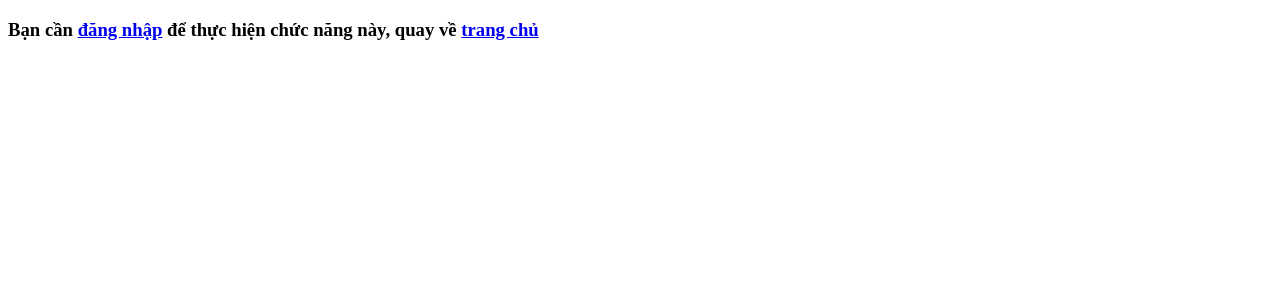
Repository: wuubangdev/bookstore-servlet-jsp
Page: http://localhost/Bai32_WebBanSach_/customer-page/change-info.jsp
An editor plug-in stored every save of this project. The page is shown before and after the next save, followed by the edit.
The browser window is 1280 px wide. The pictures show the whole page.
The page is served by Tomcat 9. Other server files are loaded and not shown.

Above is the page before, as saved 2024-03-24 15:36:31.

### Bai32_WebBanSach_/src/main/webapp/customer-page/change-info.jsp
<%@page import="model.Customer"%>
<%@ page language="java" contentType="text/html; charset=UTF-8"
	pageEncoding="UTF-8"%>
<!DOCTYPE html>
<html>
<head>
<meta charset="UTF-8">
<title>Insert title here</title>
</head>
<body>
	<%
	String url = request.getScheme() + "://" + request.getServerName() + ":" + request.getServerPort()
			+ request.getContextPath();
	String err = request.getAttribute("err") + "";
	err = (err.equals("null")) ? "" : err;
	Customer customer = (Customer) session.getAttribute("customer");
	%>

	<%
	if (customer == null) {
	%>
	<h3>
		Bạn cần <a href="<%=url%>/customer-page/login.jsp">đăng nhập</a> để
		thực hiện chức năng này, quay về <a href="<%=url%>/index.jsp">trang
			chủ</a>
	</h3>
	<%
	} else {
	%>
	<div class="container">
		<div class="text-center mt-4">
			<h2>THAY ĐỔI THÔNG TIN CÁ NHÂN</h2>
			<span class="rq"><%=err%></span>
		</div>
		<form class="regisForm" action="<%=url%>/customer-controller"
			method="post">
			<input type="hidden" name="activity" value="register">
			<div class="row">
				<div class="col-md-6">
					<h3>Thông tin khách hàng</h3>
					<div class="mb-3">
						<label for="fullName" class="form-label">Họ và tên:</label> <input
							type="text" class="form-control" id="fullName" name="fullName"
							value="<%=customer.getCustomerName()%>">
					</div>
					<div class="mb-3">
						<label for="gender" class="form-label">Giới tính:</label> <select
							class="" id="gender" name="gender">
							<option></option>
							<option value="male"
								<%=(customer.getGender().equals("male")) ? "selected" : ""%>>Nam</option>
							<option value="female"
								<%=(customer.getGender().equals("female")) ? "selected" : ""%>>Nữ</option>
							<option value="other"
								<%=(customer.getGender().equals("other")) ? "selected" : ""%>>Khác</option>
						</select>
					</div>
					<div class="mb-3">
						<label for="dob" class="form-label">Ngày sinh:</label> <input
							type="date" class="form-control" id="dob" name="dob"
							value="<%=customer.getDob().toString()%>">
					</div>
				</div>
			</div>
			<hr />
			<h3>Địa chỉ khách hàng</h3>
			<div class="mb-3">
				<label for="address" class="form-label">Địa chỉ khách hàng</label> <input
					type="text" class="form-control" id="address" name="address"
					value="<%=customer.getAddress()%>">
			</div>
			<div class="mb-3">
				<label for="receiAddress" class="form-label">Địa chỉ nhận
					hàng</label> <input type="text" class="form-control" id="receiAddress"
					name="receiAddress" value="<%=customer.getreceiAddress()%>">
			</div>
			<div class="mb-3">
				<label for="buyAddress" class="form-label">Địa chỉ mua hàng</label>
				<input type="text" class="form-control" id="buyAddress"
					name="buyAddress" value="<%=customer.getbuyAddress()%>">
			</div>
			<div class="mb-3">
				<label for="phoneNumber" class="form-label">Số điện thoại:</label> <input
					type="tel" class="form-control" id="phoneNumber" name="phoneNumber"
					value="<%=customer.getPhoneNumber()%>">
			</div>
			<div class="mb-3">
				<label for="email" class="form-label">Email:</label> <input
					type="email" class="form-control" id="email" name="email"
					value="<%=customer.getEmail()%>">
			</div>
			<button type="submit" class="btn btn-primary form-control mb-4"
				id="submit" name="submit">Xác nhận thay đổi</button>
		</form>
	</div>
	<%
	}
	%>

</body>
</html>

After the next save:
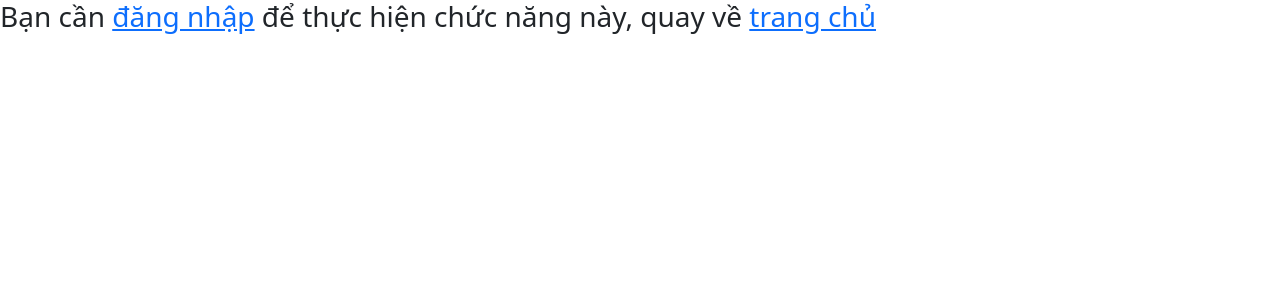
Saved 36 s later.
--- a/Bai32_WebBanSach_/src/main/webapp/customer-page/change-info.jsp
+++ b/Bai32_WebBanSach_/src/main/webapp/customer-page/change-info.jsp
@@ -5,7 +5,13 @@
 <html>
 <head>
 <meta charset="UTF-8">
-<title>Insert title here</title>
+<title>Thay đổi thông tin</title>
+<link
+	href="https://cdn.jsdelivr.net/npm/bootstrap@5.3.3/dist/css/bootstrap.min.css"
+	rel="stylesheet">
+<script
+	src="https://cdn.jsdelivr.net/npm/bootstrap@5.3.3/dist/js/bootstrap.bundle.min.js">
+</script>
 </head>
 <body>
 	<%
